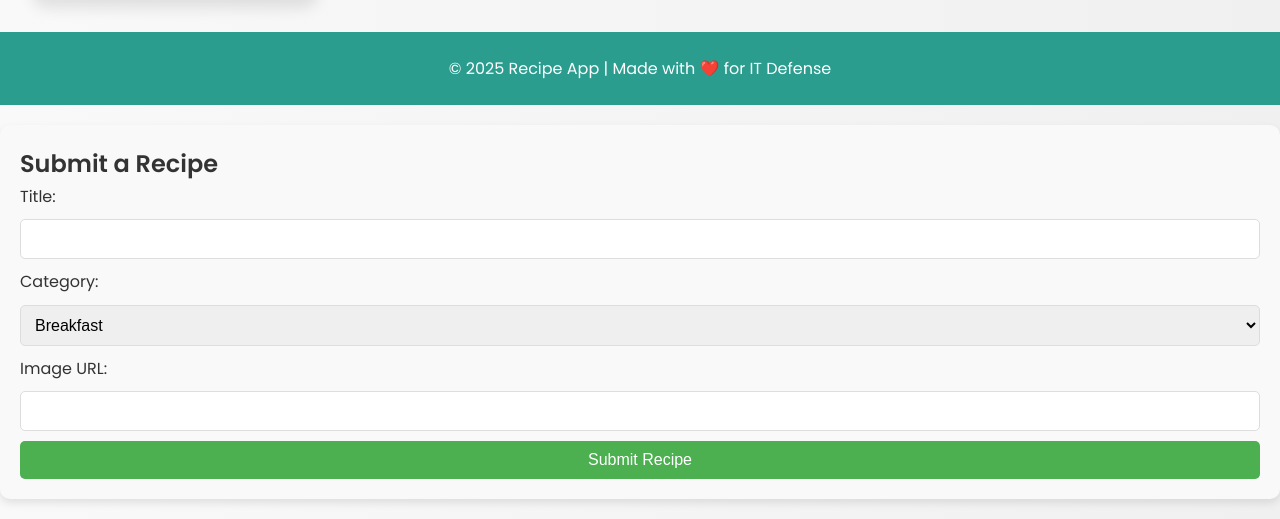
Repository: Patience225/recipe-app
Page: index.html
The author's editor kept a copy of each file at every save. The page is drawn from the files as they stood at one save, then again after a run of saves.
The browser window is 1280 px wide. The pictures show the part of the page from y = 1247 to 1766 px (the page is 1766 px tall before and 1352 px after).

Above is the page before, as saved 2025-01-27 08:50:52.

### index.html
<!DOCTYPE html>
<html lang="en">
<head>
  <meta charset="UTF-8">
  <meta name="viewport" content="width=device-width, initial-scale=1.0">
  <title>Recipe App</title>
  <link href="https://fonts.googleapis.com/css2?family=Poppins:wght@400;600&display=swap" rel="stylesheet">
  <link rel="stylesheet" href="styles.css">
</head>
<body>
  <!-- Header -->
  <header>
    <h1>Recipe App</h1>
    <p>Your gateway to delicious inspirations 🍲</p>
    <input type="text" id="search" placeholder="Search for recipes...">
    <button id="theme-toggle">🌙 Light/Dark Mode</button>
  </header>

  <!-- Hero Section -->
  <section class="hero">
    <h2>Discover the Joy of Cooking</h2>
    <p>Browse through a collection of amazing recipes handpicked for you!</p>
    <button id="explore-btn">Explore Recipes</button>
  </section>

  <!-- Recipe Categories -->
  <section id="categories">
    <h2>Categories</h2>
    <div class="category-buttons">
      <button data-category="All">All</button>
      <button data-category="Breakfast">Breakfast</button>
      <button data-category="Lunch">Lunch</button>
      <button data-category="Dinner">Dinner</button>
      <button data-category="Snacks">Snacks</button>
    </div>
  </section>

  <!-- Recipe Grid -->
  <section id="recipe-list">
    <!-- Dynamic recipe cards will appear here -->
  </section>

  <!-- Footer -->
  <footer>
    <p>&copy; 2025 Recipe App | Made with ❤️ for IT Defense</p>
  </footer>
<!-- Modal for Recipe Details -->
<div id="recipe-modal" class="modal">
  <div class="modal-content">
    <span class="close-btn">&times;</span>
    <h2 id="modal-title"> HELLO </h2>
    <img id="modal-image" src="" alt="">
    <p id="modal-description"></p>
  </div>
</div>

<!-- Recipe Submission Form -->
<div id="recipe-form-container">
  <h2>Submit a Recipe</h2>
  <form id="recipe-form">
    <label for="recipe-title">Title:</label>
    <input type="text" id="recipe-title" required>

    <label for="recipe-category">Category:</label>
    <select id="recipe-category">
      <option value="Breakfast">Breakfast</option>
      <option value="Lunch">Lunch</option>
      <option value="Dinner">Dinner</option>
      <option value="Snacks">Snacks</option>
    </select>

    <label for="recipe-image">Image URL:</label>
    <input type="url" id="recipe-image" required>

    <button type="submit">Submit Recipe</button>
  </form>
</div>


  <script src="script.js"></script>
</body>
</html>

### styles.css
/* General Reset */
* {
  margin: 0;
  padding: 0;
  box-sizing: border-box;
}

body {
  font-family: 'Poppins', sans-serif;
  background: linear-gradient(to right, #f9f9f9, #f0f0f0);
  color: #333;
  line-height: 1.6;
}

header {
  background: linear-gradient(135deg, #f4a261, #e76f51);
  text-align: center;
  color: white;
  padding: 2rem;
  box-shadow: 0 4px 10px rgba(0, 0, 0, 0.1);
}

header h1 {
  font-size: 2.5rem;
  font-weight: 600;
}

header input {
  margin-top: 1rem;
  padding: 0.8rem 1rem;
  border-radius: 20px;
  border: none;
  outline: none;
  width: 80%;
  max-width: 400px;
}

header #theme-toggle {
  margin-top: 1rem;
  padding: 0.5rem 1rem;
  border: none;
  background: white;
  color: #e76f51;
  border-radius: 20px;
  cursor: pointer;
}

.hero {
  background: linear-gradient(135deg, rgba(244, 162, 97, 0.8), rgba(231, 111, 81, 0.8));
  color: white;
  text-align: center;
  padding: 3rem 2rem;
  margin-top: -1rem;
  clip-path: polygon(0 0, 100% 0, 100% 85%, 0 100%);
}

.hero h2 {
  font-size: 2rem;
  margin-bottom: 1rem;
}

.hero p {
  font-size: 1.2rem;
  margin-bottom: 2rem;
}

.hero button {
  padding: 0.8rem 1.5rem;
  background-color: #2a9d8f;
  color: white;
  border: none;
  border-radius: 20px;
  font-size: 1rem;
  cursor: pointer;
}

#categories {
  margin: 2rem auto;
  text-align: center;
}

.category-buttons button {
  margin: 0.5rem;
  padding: 0.8rem 1.5rem;
  background-color: #2a9d8f;
  color: white;
  border: none;
  border-radius: 20px;
  cursor: pointer;
}

.category-buttons button:hover {
  background-color: #21867a;
}

#recipe-list {
  display: grid;
  grid-template-columns: repeat(auto-fill, minmax(250px, 1fr));
  gap: 1.5rem;
  margin: 2rem;
}

.recipe-card {
  background: rgba(255, 255, 255, 0.7);
  backdrop-filter: blur(10px);
  border-radius: 15px;
  box-shadow: 0 8px 15px rgba(0, 0, 0, 0.1);
  transition: transform 0.3s;
  overflow: hidden;
}

.recipe-card img {
  width: 100%;
  height: 150px;
  object-fit: cover;
}

.recipe-card h3 {
  padding: 1rem;
  font-size: 1.2rem;
}

.recipe-card:hover {
  transform: scale(1.05);
}

footer {
  text-align: center;
  padding: 1.5rem;
  background: #2a9d8f;
  color: white;
  margin-top: 2rem;
}

/* Recipe Card Flip Effect */
.recipe-card {
  position: relative;
  background: rgba(255, 255, 255, 0.7);
  backdrop-filter: blur(10px);
  border-radius: 15px;
  box-shadow: 0 8px 15px rgba(0, 0, 0, 0.1);
  overflow: hidden;
  transition: transform 0.5s;
  transform-style: preserve-3d;
  height: 300px;
}

.recipe-card img {
  width: 100%;
  height: 100%;
  object-fit: cover;
  transition: opacity 0.3s;
}

.recipe-card h3 {
  padding: 1rem;
  font-size: 1.2rem;
  position: absolute;
  bottom: 10px;
  left: 10px;
  z-index: 2;
  color: #fff;
}

/* Flip the card */
.recipe-card:hover {
  transform: rotateY(180deg);
}

/* Back side of the card */
.recipe-card .card-back {
  position: absolute;
  top: 0;
  left: 0;
  right: 0;
  bottom: 0;
  background-color: rgba(0, 0, 0, 0.7);
  color: white;
  display: flex;
  justify-content: center;
  align-items: center;
  transform: rotateY(180deg);
  font-size: 1.1rem;
  padding: 1rem;
}

/* Dark Theme Styles */
body.dark-theme {
  background: #121212;
  color: white;
}

body.dark-theme header {
  background: linear-gradient(135deg, #222, #444);
}

body.dark-theme .hero {
  background: linear-gradient(135deg, rgba(34, 34, 34, 0.8), rgba(51, 51, 51, 0.8));
}

body.dark-theme .recipe-card {
  background: rgba(0, 0, 0, 0.7);
}

body.dark-theme footer {
  background: #333;
}

/* Modal Styles */
.modal {
  display: none; /* Hidden by default */
  position: fixed;
  z-index: 1;
  left: 0;
  top: 0;
  width: 100%;
  height: 100%;
  overflow: auto;
  background-color: rgba(0, 0, 0, 0.7);
}

.modal-content {
  background-color: #fefefe;
  margin: 15% auto;
  padding: 20px;
  border: 1px solid #888;
  width: 80%;
  max-width: 600px;
  text-align: center;
}

.modal-content img {
  max-width: 100%;
  height: auto;
  margin-bottom: 20px;
}

.close-btn {
  color: #aaa;
  font-size: 28px;
  font-weight: bold;
  position: absolute;
  top: 10px;
  right: 25px;
  cursor: pointer;
}

.close-btn:hover,
.close-btn:focus {
  color: black;
  text-decoration: none;
  cursor: pointer;
}

/* Recipe Submission Form Styles */
#recipe-form-container {
  margin: 20px 0;
  padding: 20px;
  background-color: #f9f9f9;
  border-radius: 10px;
  box-shadow: 0 4px 8px rgba(0, 0, 0, 0.1);
}

#recipe-form {
  display: flex;
  flex-direction: column;
  gap: 10px;
}

#recipe-form input,
#recipe-form select,
#recipe-form button {
  padding: 10px;
  font-size: 1rem;
  border: 1px solid #ddd;
  border-radius: 5px;
}

#recipe-form button {
  background-color: #4CAF50;
  color: white;
  cursor: pointer;
  border: none;
}

#recipe-form button:hover {
  background-color: #45a049;
}

### script.js
// Sample recipe data
const recipes = [
  {
    id: 1,
    title: "Spaghetti Carbonara",
    category: "Lunch",
    image: "https://source.unsplash.com/400x300/?spaghetti",
  },
  {
    id: 2,
    title: "Pancakes",
    category: "Breakfast",
    image: "https://source.unsplash.com/400x300/?pancakes",
  },
  {
    id: 3,
    title: "Grilled Chicken",
    category: "Dinner",
    image: "https://source.unsplash.com/400x300/?chicken",
  },
  {
    id: 4,
    title: "Fruit Salad",
    category: "Snacks",
    image: "https://source.unsplash.com/400x300/?fruit",
  },
  {
    id: 5,
    title: "Avocado Toast",
    category: "Breakfast",
    image: "https://source.unsplash.com/400x300/?avocado",
  },
];

// DOM Elements
const recipeList = document.getElementById("recipe-list");
const searchInput = document.getElementById("search");
const categoryButtons = document.querySelectorAll(".category-buttons button");

// Function to display recipes
function displayRecipes(recipesToDisplay) {
  recipeList.innerHTML = ""; // Clear the list
  recipesToDisplay.forEach((recipe) => {
    const recipeCard = `
      <div class="recipe-card">
        <img src="${recipe.image}" alt="${recipe.title}">
        <h3>${recipe.title}</h3>
      </div>
    `;
    recipeList.innerHTML += recipeCard;
  });

    recipeList.innerHTML = ""; // Clear the list
    recipesToDisplay.forEach((recipe) => {
      const recipeCard = `
        <div class="recipe-card">
          <img src="${recipe.image}" alt="${recipe.title}">
          <div class="card-back">
            <p>Click for details!</p>
          </div>
          <h3>${recipe.title}</h3>
        </div>
      `;
      recipeList.innerHTML += recipeCard;
    });

      recipeList.innerHTML = ""; // Clear the list
      recipesToDisplay.forEach((recipe) => {
        const recipeCard = `
          <div class="recipe-card" data-id="${recipe.id}">
            <img src="${recipe.image}" alt="${recipe.title}">
            <div class="card-back">
              <p>Click for details!</p>
            </div>
            <h3>${recipe.title}</h3>
          </div>
        `;
        recipeList.innerHTML += recipeCard;
      });

}

// Initial display of all recipes
displayRecipes(recipes);

// Filter by category
categoryButtons.forEach((button) => {
  button.addEventListener("click", () => {
    const category = button.getAttribute("data-category");
    if (category === "All") {
      displayRecipes(recipes); // Show all recipes
    } else {
      const filteredRecipes = recipes.filter(
        (recipe) => recipe.category === category
      );
      displayRecipes(filteredRecipes);
    }
  });
});

// Search recipes
searchInput.addEventListener("input", (e) => {
  const query = e.target.value.toLowerCase();
  const filteredRecipes = recipes.filter((recipe) =>
    recipe.title.toLowerCase().includes(query)
  );
  displayRecipes(filteredRecipes);
});

// Toggle Light/Dark Mode
const themeToggleBtn = document.getElementById("theme-toggle");

themeToggleBtn.addEventListener("click", () => {
  document.body.classList.toggle("dark-theme");
  // Change button icon based on the theme
  if (document.body.classList.contains("dark-theme")) {
    themeToggleBtn.textContent = "🌞 Light Mode";
  } else {
    themeToggleBtn.textContent = "🌙 Dark Mode";
  }
});

// Open modal with recipe details
const modal = document.getElementById("recipe-modal");
const closeBtn = document.querySelector(".close-btn");

function openModal(recipe) {
  const modalTitle = document.getElementById("modal-title");
  const modalImage = document.getElementById("modal-image");
  const modalDescription = document.getElementById("modal-description");

  modalTitle.textContent = recipe.title;
  modalImage.src = recipe.image;
  modalDescription.textContent = `A delicious recipe for ${recipe.title}. Category: ${recipe.category}`;

  modal.style.display = "block";
}

// Close the modal
closeBtn.addEventListener("click", () => {
  modal.style.display = "none";
});

// Close the modal if clicked outside the content area
window.addEventListener("click", (e) => {
  if (e.target === modal) {
    modal.style.display = "none";
  }
});

// Add click event to recipe cards
document.addEventListener("click", (e) => {
  if (e.target.closest(".recipe-card")) {
    const recipeId = e.target.closest(".recipe-card").dataset.id;
    const recipe = recipes.find((r) => r.id == recipeId);
    openModal(recipe);
  }
});

After the next 2 saves:
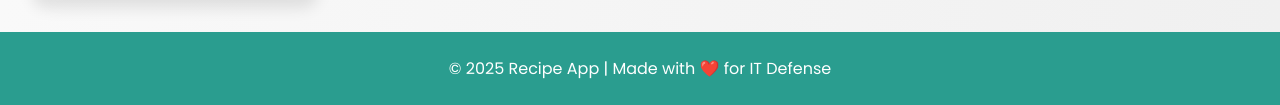
Console error: TypeError: Cannot read properties of null (reading 'addEventListener')
The 2 saves are shown as one change because they came seconds apart.
The last was saved 66 s later.
--- a/index.html
+++ b/index.html
@@ -44,38 +44,6 @@
   <footer>
     <p>&copy; 2025 Recipe App | Made with ❤️ for IT Defense</p>
   </footer>
-<!-- Modal for Recipe Details -->
-<div id="recipe-modal" class="modal">
-  <div class="modal-content">
-    <span class="close-btn">&times;</span>
-    <h2 id="modal-title"> HELLO </h2>
-    <img id="modal-image" src="" alt="">
-    <p id="modal-description"></p>
-  </div>
-</div>
-
-<!-- Recipe Submission Form -->
-<div id="recipe-form-container">
-  <h2>Submit a Recipe</h2>
-  <form id="recipe-form">
-    <label for="recipe-title">Title:</label>
-    <input type="text" id="recipe-title" required>
-
-    <label for="recipe-category">Category:</label>
-    <select id="recipe-category">
-      <option value="Breakfast">Breakfast</option>
-      <option value="Lunch">Lunch</option>
-      <option value="Dinner">Dinner</option>
-      <option value="Snacks">Snacks</option>
-    </select>
-
-    <label for="recipe-image">Image URL:</label>
-    <input type="url" id="recipe-image" required>
-
-    <button type="submit">Submit Recipe</button>
-  </form>
-</div>
-
 
   <script src="script.js"></script>
 </body>

After the 4 saves that followed:
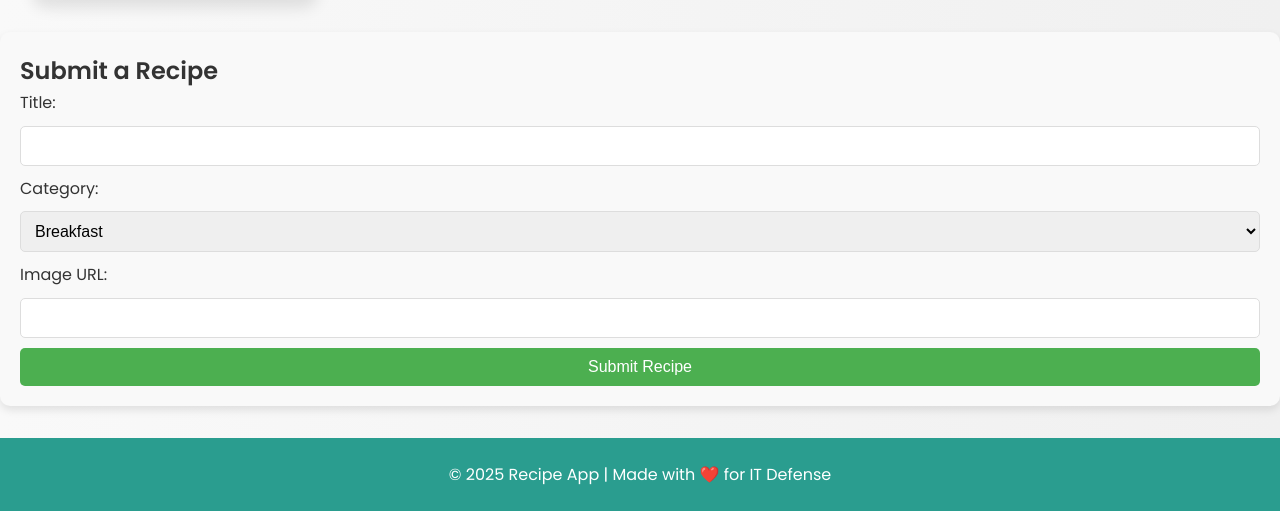
The error is gone.
The 4 saves are shown as one change because 1 left the picture as it was and some came seconds apart.
The last was saved 20 s later.
--- a/index.html
+++ b/index.html
@@ -40,6 +40,38 @@
     <!-- Dynamic recipe cards will appear here -->
   </section>
 
+<!-- Modal for Recipe Details -->
+<div id="recipe-modal" class="modal">
+  <div class="modal-content">
+    <span class="close-btn">&times;</span>
+    <h2 id="modal-title"> HELLO </h2>
+    <img id="modal-image" src="" alt="">
+    <p id="modal-description"></p>
+  </div>
+</div>
+
+<!-- Recipe Submission Form -->
+<div id="recipe-form-container">
+  <h2>Submit a Recipe</h2>
+  <form id="recipe-form">
+    <label for="recipe-title">Title:</label>
+    <input type="text" id="recipe-title" required>
+
+    <label for="recipe-category">Category:</label>
+    <select id="recipe-category">
+      <option value="Breakfast">Breakfast</option>
+      <option value="Lunch">Lunch</option>
+      <option value="Dinner">Dinner</option>
+      <option value="Snacks">Snacks</option>
+    </select>
+
+    <label for="recipe-image">Image URL:</label>
+    <input type="url" id="recipe-image" required>
+
+    <button type="submit">Submit Recipe</button>
+  </form>
+</div>
+
   <!-- Footer -->
   <footer>
     <p>&copy; 2025 Recipe App | Made with ❤️ for IT Defense</p>
